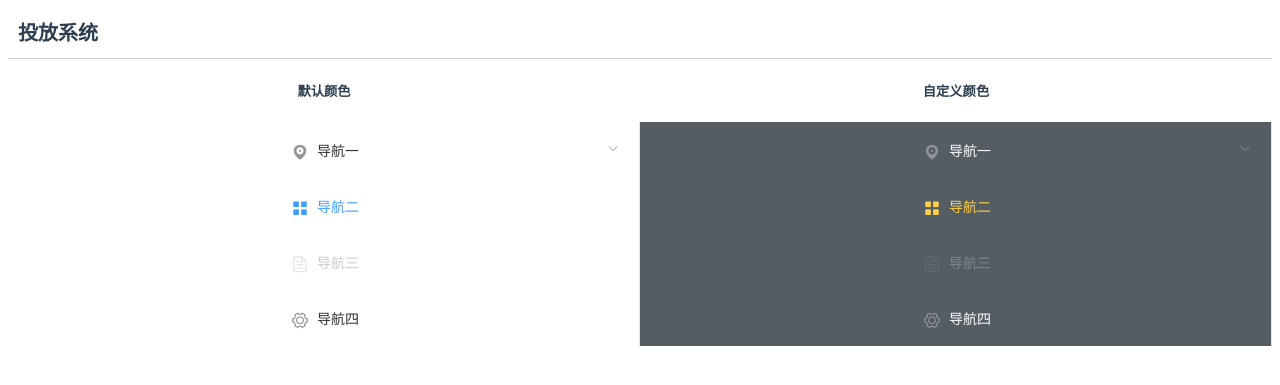
Repository: li1195382526/buy
Page: /
These files come from the project's save history. The page is drawn as it stood at one moment and after the next save; the edit follows.
The browser window is 1280 px wide. The pictures show the whole page.
The project was rebuilt for these pictures with package versions that can differ from the ones it lists, and the page was loaded fresh each time. Also part of the build but not shown: src/components/HelloWorld.vue.

Above is the page before, as saved 2021-06-04 16:57:20.

### index.html
<!DOCTYPE html>
<html>
  <head>
    <meta charset="utf-8">
    <meta name="viewport" content="width=device-width,initial-scale=1.0">
    <title>buy</title>
  </head>
  <body>
    <div id="app"></div>
    <!-- built files will be auto injected -->
  </body>
</html>

### src/main.js
// The Vue build version to load with the `import` command
// (runtime-only or standalone) has been set in webpack.base.conf with an alias.
import Vue from 'vue'
import App from './App'
import router from './router'
import ElementUI from 'element-ui'
import 'element-ui/lib/theme-chalk/index.css'
import less from 'less'

Vue.use(less)

Vue.config.productionTip = false
Vue.use(ElementUI)
/* eslint-disable no-new */
new Vue({
  el: '#app',
  router,
  components: { App },
  template: '<App/>'
})

### src/router/index.js
import Vue from 'vue'
import Router from 'vue-router'
import HelloWorld from '@/components/HelloWorld'
import Home from '../page/index'

Vue.use(Router)

export default new Router({
  routes: [
    {
      path: '/',
      name: 'index',
      component: Home
    }
  ]
})

### src/page/index.vue
<template>
    <div>
        <vheader></vheader>
        <div>
            <meun></meun>
        </div>
    </div>
</template>
<script>
import vheader from './header/index'
import meun from './meun/index'
export default {
    components:{
        vheader,meun
    },
    setup() {

    },
    data(){

    }
}
</script>
<style scoped>

</style>

### src/page/header/index.vue
<template>
    <div class="header">
        <div class="sys">
            投放系统
        </div>
    </div>
</template>
<script>
export default {
    setup() {

    },
}
</script>
<style scoped lang="less">
.header{
    height: 50px;
    line-height: 50px;
    border-bottom:1px solid #ccc;
    .sys{
        font-size: 20px;
        font-weight: 600;
        display: flex;
        margin-left: 10px;
    }
}
</style>

### src/page/meun/index.vue
<template>
<div>
    <el-row class="tac">
  <el-col :span="12">
    <h5>默认颜色</h5>
    <el-menu
      default-active="2"
      class="el-menu-vertical-demo"
      @open="handleOpen"
      @close="handleClose">
      <el-submenu index="1">
        <template slot="title">
          <i class="el-icon-location"></i>
          <span>导航一</span>
        </template>
        <el-menu-item-group>
          <template slot="title">分组一</template>
          <el-menu-item index="1-1">选项1</el-menu-item>
          <el-menu-item index="1-2">选项2</el-menu-item>
        </el-menu-item-group>
        <el-menu-item-group title="分组2">
          <el-menu-item index="1-3">选项3</el-menu-item>
        </el-menu-item-group>
        <el-submenu index="1-4">
          <template slot="title">选项4</template>
          <el-menu-item index="1-4-1">选项1</el-menu-item>
        </el-submenu>
      </el-submenu>
      <el-menu-item index="2">
        <i class="el-icon-menu"></i>
        <span slot="title">导航二</span>
      </el-menu-item>
      <el-menu-item index="3" disabled>
        <i class="el-icon-document"></i>
        <span slot="title">导航三</span>
      </el-menu-item>
      <el-menu-item index="4">
        <i class="el-icon-setting"></i>
        <span slot="title">导航四</span>
      </el-menu-item>
    </el-menu>
  </el-col>
  <el-col :span="12">
    <h5>自定义颜色</h5>
    <el-menu
      default-active="2"
      class="el-menu-vertical-demo"
      @open="handleOpen"
      @close="handleClose"
      background-color="#545c64"
      text-color="#fff"
      active-text-color="#ffd04b">
      <el-submenu index="1">
        <template slot="title">
          <i class="el-icon-location"></i>
          <span>导航一</span>
        </template>
        <el-menu-item-group>
          <template slot="title">分组一</template>
          <el-menu-item index="1-1">选项1</el-menu-item>
          <el-menu-item index="1-2">选项2</el-menu-item>
        </el-menu-item-group>
        <el-menu-item-group title="分组2">
          <el-menu-item index="1-3">选项3</el-menu-item>
        </el-menu-item-group>
        <el-submenu index="1-4">
          <template slot="title">选项4</template>
          <el-menu-item index="1-4-1">选项1</el-menu-item>
        </el-submenu>
      </el-submenu>
      <el-menu-item index="2">
        <i class="el-icon-menu"></i>
        <span slot="title">导航二</span>
      </el-menu-item>
      <el-menu-item index="3" disabled>
        <i class="el-icon-document"></i>
        <span slot="title">导航三</span>
      </el-menu-item>
      <el-menu-item index="4">
        <i class="el-icon-setting"></i>
        <span slot="title">导航四</span>
      </el-menu-item>
    </el-menu>
  </el-col>
</el-row>
</div>
</template>

<script>
  export default {
    methods: {
      handleOpen(key, keyPath) {
        console.log(key, keyPath);
      },
      handleClose(key, keyPath) {
        console.log(key, keyPath);
      }
    }
  }
</script>

Loaded but not shown: src/App.vue (common file)

After the next save:
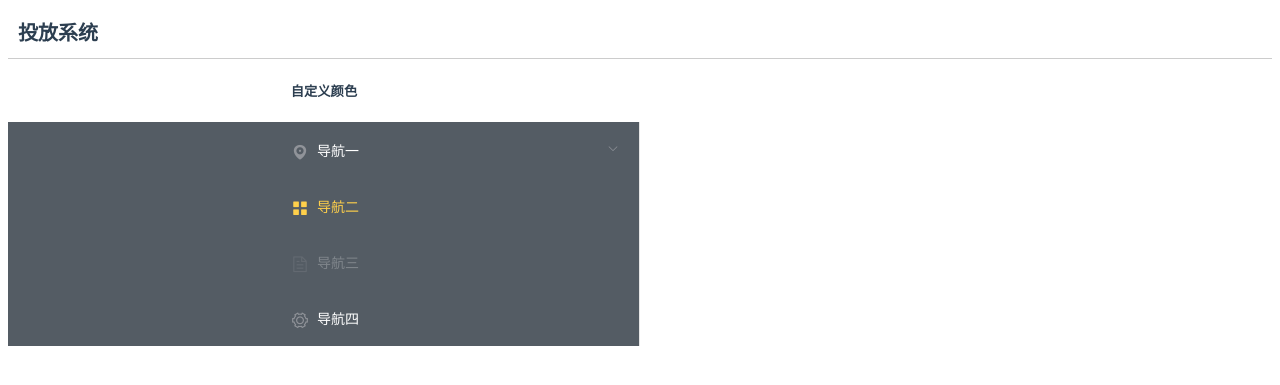
Saved 26 s later.
--- a/src/page/meun/index.vue
+++ b/src/page/meun/index.vue
@@ -1,45 +1,6 @@
 <template>
 <div>
     <el-row class="tac">
-  <el-col :span="12">
-    <h5>默认颜色</h5>
-    <el-menu
-      default-active="2"
-      class="el-menu-vertical-demo"
-      @open="handleOpen"
-      @close="handleClose">
-      <el-submenu index="1">
-        <template slot="title">
-          <i class="el-icon-location"></i>
-          <span>导航一</span>
-        </template>
-        <el-menu-item-group>
-          <template slot="title">分组一</template>
-          <el-menu-item index="1-1">选项1</el-menu-item>
-          <el-menu-item index="1-2">选项2</el-menu-item>
-        </el-menu-item-group>
-        <el-menu-item-group title="分组2">
-          <el-menu-item index="1-3">选项3</el-menu-item>
-        </el-menu-item-group>
-        <el-submenu index="1-4">
-          <template slot="title">选项4</template>
-          <el-menu-item index="1-4-1">选项1</el-menu-item>
-        </el-submenu>
-      </el-submenu>
-      <el-menu-item index="2">
-        <i class="el-icon-menu"></i>
-        <span slot="title">导航二</span>
-      </el-menu-item>
-      <el-menu-item index="3" disabled>
-        <i class="el-icon-document"></i>
-        <span slot="title">导航三</span>
-      </el-menu-item>
-      <el-menu-item index="4">
-        <i class="el-icon-setting"></i>
-        <span slot="title">导航四</span>
-      </el-menu-item>
-    </el-menu>
-  </el-col>
   <el-col :span="12">
     <h5>自定义颜色</h5>
     <el-menu
